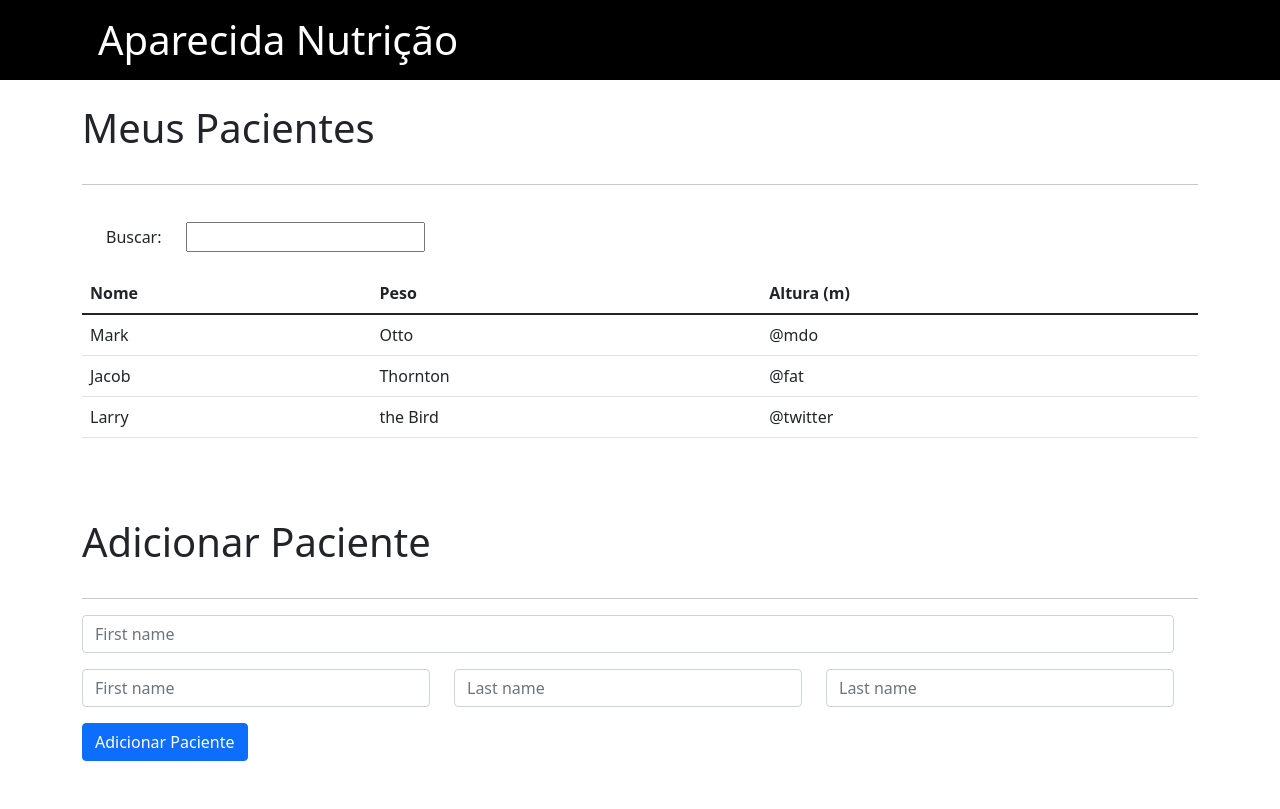
Repository: eversonps/app-paciente
Page: / (app in frontend/)
These files come from the project's save history. The page is drawn as it stood at one moment and after the next save; the edit follows.
The browser window is 1280 px wide. The pictures show the whole page.
The project was rebuilt for these pictures with package versions that can differ from the ones it lists, and the page was loaded fresh each time.

Above is the page before, as saved 2022-03-28 14:45:01.

### frontend/src/index.js
import React from 'react';
import ReactDOM from 'react-dom';
import './index.css';
import App from './App';
import  '../node_modules/bootstrap/dist/css/bootstrap.min.css'

ReactDOM.render(
    <App />,
    document.getElementById('root')
);

### frontend/src/App.jsx
import Header from "./components/Header";
import MyPacients from "./components/MyPacients";
import Main from "./components/Main"
import AddPacient from "./components/AddPacient";

function App() {
  return (
    <div className="App">
        <Header></Header>
        <Main>
            <MyPacients></MyPacients>
            <AddPacient></AddPacient>
        </Main>
    </div>
  );
}

export default App;

### frontend/src/components/Header.jsx
import React from "react";

export default props => {
    return (
        <header className="bg-black">
            <div className="container">
                <h1 className="text-white p-3">Aparecida Nutrição</h1>
            </div>
        </header>
    )
}

### frontend/src/components/MyPacients.jsx
import React from "react";
import FilterPacients from "../Templates/FilterPacients";
import Table from "../Templates/Table";
import Title from "../Templates/Title";

export default props => (
    <div>
        <Title name="Meus Pacientes"></Title>

        <FilterPacients></FilterPacients>
        <Table></Table>
    </div>
)

### frontend/src/components/Main.jsx
import React from "react";

export default props => (
    <main className="container">
        {props.children}
    </main>
)

### frontend/src/components/AddPacient.jsx
import React from "react";
import FormPacients from "../Templates/FormPacients";
import Title from "../Templates/Title"
import Button from "../Templates/Button";

export default props => (
    <div className="py-5">
        <Title name="Adicionar Paciente"></Title>
        <FormPacients></FormPacients>
        <div className="mt-3">
            <Button type="primary" name="Adicionar Paciente"></Button>
        </div>
    </div>
)

### frontend/src/Templates/FilterPacients.jsx
import React from "react";

export default props => (
    <div>
        <label className="m-4">Buscar: </label>
        <input type="text" />
    </div>
)

### frontend/src/Templates/Table.jsx
import React from "react";

export default props => (
    <div>
        <table class="table">
        <thead class="thead-dark">
            <tr>
                <th scope="col">Nome</th>
                <th scope="col">Peso</th>
                <th scope="col">Altura (m)</th>
            </tr>
        </thead>
        <tbody>
            <tr>
                <td>Mark</td>
                <td>Otto</td>
                <td>@mdo</td>
            </tr>
                <tr>
                <td>Jacob</td>
                <td>Thornton</td>
                <td>@fat</td>
                </tr>
            <tr>
                <td>Larry</td>
                <td>the Bird</td>
                <td>@twitter</td>
                </tr>
            </tbody>
        </table>
    </div>

)

### frontend/src/Templates/Title.jsx
import React from "react";

export default props => (
    <div>
        <h1 className="pt-3 py-3">{props.name}</h1>
        <hr />
    </div>
)

### frontend/src/Templates/FormPacients.jsx
import React from "react";

export default props => (
    <form>
        <div className="row">
            <div className="row mb-3">
                <div className="col">
                    <input type="text" className="form-control" placeholder="First name" />
                </div>
            </div>
            <div className="row">
                <div className="col">
                    <input type="text" className="form-control" placeholder="First name" />
                </div>
                <div className="col">
                    <input type="text" className="form-control" placeholder="Last name" />
                </div>
                <div className="col">
                    <input type="text" className="form-control" placeholder="Last name" />
                </div>
            </div>
        </div>
    </form>
)

### frontend/src/Templates/Button.jsx
import React from "react";

export default props => (
    <button type="button" class={`btn btn-${props.type}`}>{props.name}</button>
)

Loaded but not shown: frontend/public/index.html (common file); frontend/src/index.css (common file)

After the next save:
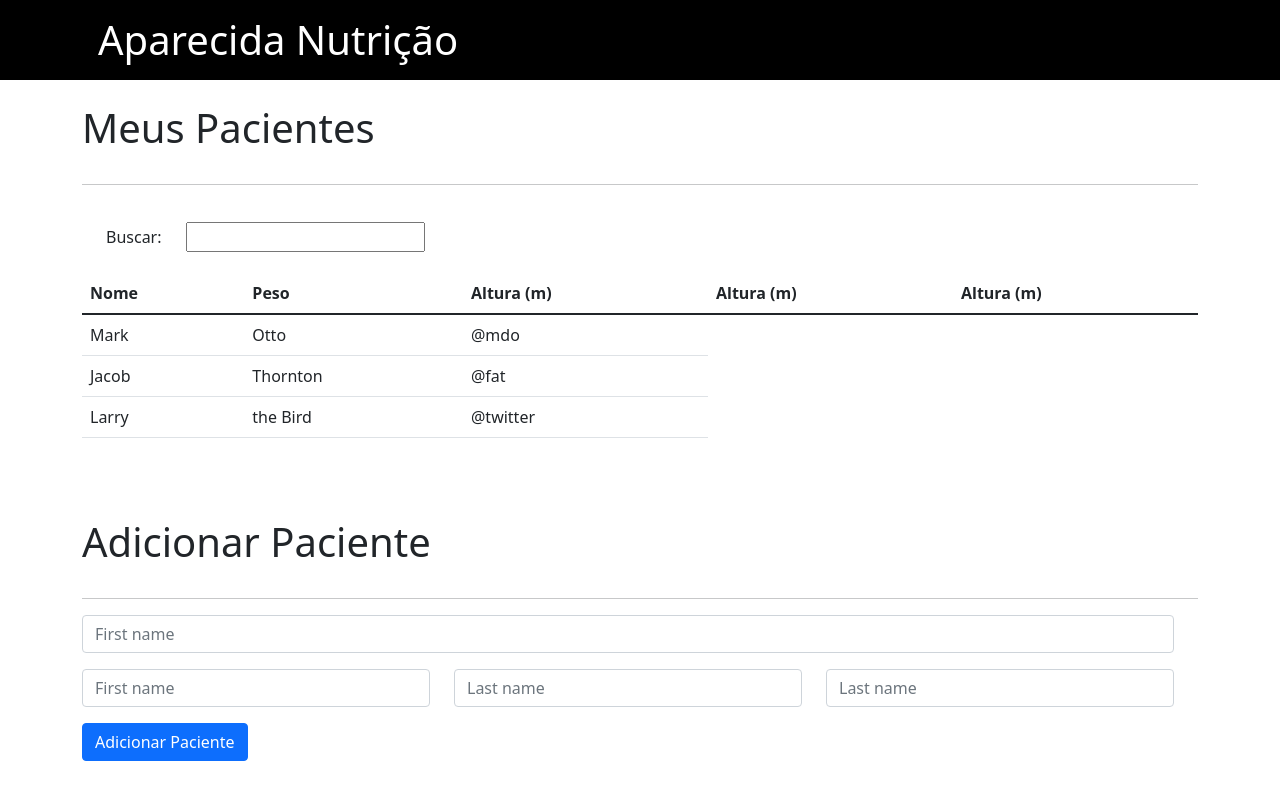
Saved 82 s later.
--- a/frontend/src/Templates/Table.jsx
+++ b/frontend/src/Templates/Table.jsx
@@ -7,6 +7,8 @@ export default props => (
             <tr>
                 <th scope="col">Nome</th>
                 <th scope="col">Peso</th>
+                <th scope="col">Altura (m)</th>
+                <th scope="col">Altura (m)</th>
                 <th scope="col">Altura (m)</th>
             </tr>
         </thead>
